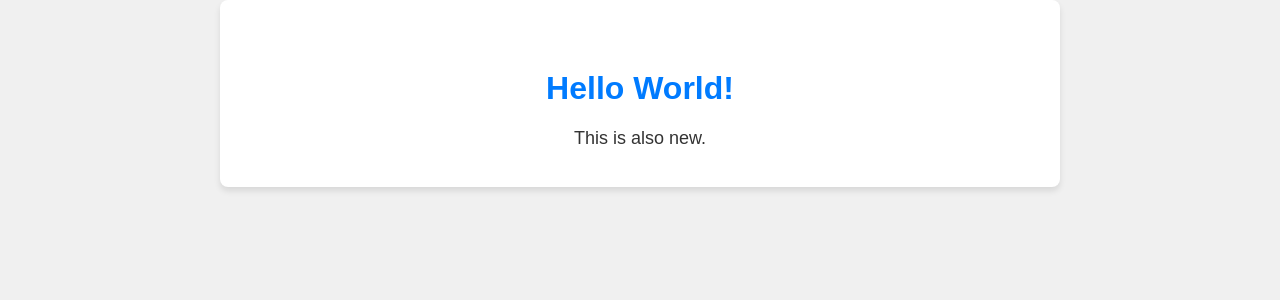
Repository: cameron-mendoza21/Game-Awards24-Fun
Page: http://localhost/
These files come from the project's save history. The page is drawn as it stood at one moment and after the next save; the edit follows.
The browser window is 1280 px wide. The pictures show the whole page.
The page is served by the project's Node server (index.js).

Above is the page before, as saved 2024-11-19 21:57:01.

### views/index.ejs
<!DOCTYPE html>
<html lang="en">
<head>
    <meta charset="UTF-8">
    <meta name="viewport" content="width=device-width, initial-scale=1.0">
    <title><%= title %></title>
    <link rel="stylesheet" href="/styles.css">
</head>


<body>
    <div class="container">
        <h1>Hello World!</h1>
        <p>This is also new.</p>
    </div>
</body>
</html>

### index.js
const express = require('express');
const app = express();
const port = 3000;

// Set the view engine to EJS
app.set('view engine', 'ejs');

app.get('/', (req, res) => {
    res.render('index', { title: 'Game Awards Gamblin ', message: 'Hello, World!' });
});

app.listen(port, () => {
    console.log(`App is running at http://localhost:${port}`);
});

### views/styles.css
body {
    font-family: Arial, sans-serif;
    background-color: #f0f0f0;
    color: #333;
    margin: 0;
    padding: 0;
}

h1 {
    color: #007BFF;
    text-align: center;
    margin-top: 50px;
}

p {
    text-align: center;
    font-size: 18px;
}

.container {
    max-width: 800px;
    margin: auto;
    padding: 20px;
    background: #ffffff;
    border-radius: 8px;
    box-shadow: 0 4px 6px rgba(0, 0, 0, 0.1);
}

After the next save:
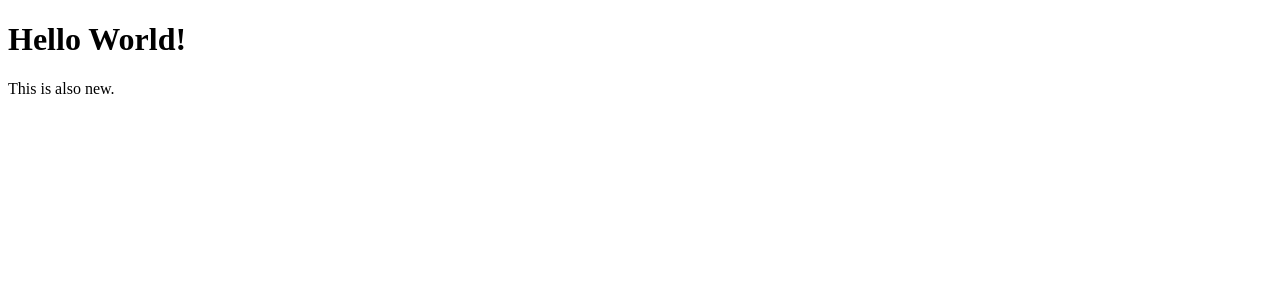
Not found: styles.css
Saved 21 s later.
--- a/views/index.ejs
+++ b/views/index.ejs
@@ -4,7 +4,7 @@
     <meta charset="UTF-8">
     <meta name="viewport" content="width=device-width, initial-scale=1.0">
     <title><%= title %></title>
-    <link rel="stylesheet" href="/styles.css">
+    <link rel="stylesheet" href="styles.css">
 </head>
 
 

After the save that followed:
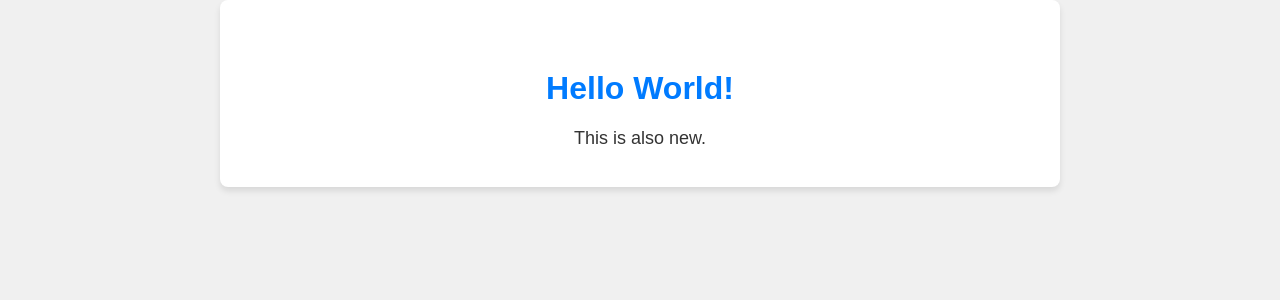
Saved 27 s later.
--- a/views/index.ejs
+++ b/views/index.ejs
@@ -4,7 +4,7 @@
     <meta charset="UTF-8">
     <meta name="viewport" content="width=device-width, initial-scale=1.0">
     <title><%= title %></title>
-    <link rel="stylesheet" href="styles.css">
+    <link rel="stylesheet" href="views\styles.css">
 </head>
 
 
